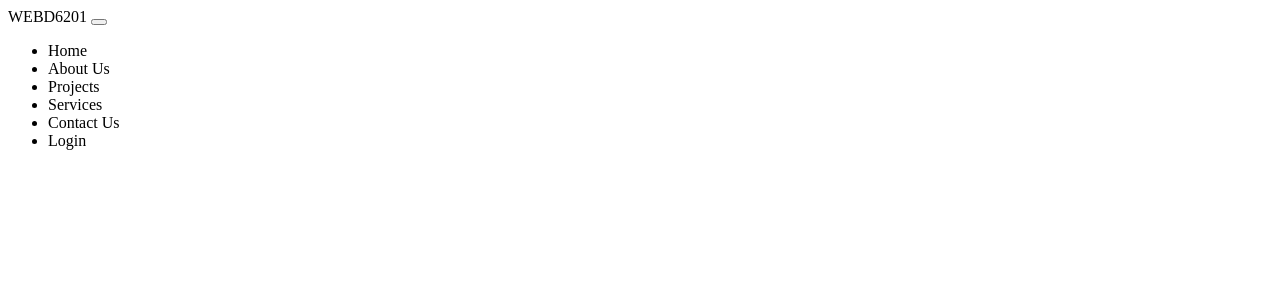
Repository: ahmedrizvi/WEBD6201-W2021-Lab3
Page: Views/components/header.html
These files come from the project's save history. The page is drawn as it stood at one moment and after the next save; the edit follows.
The browser window is 1280 px wide. The pictures show the whole page.

Above is the page before, as saved 2021-03-24 18:32:35.

### Views/components/header.html
<!-- Main Navigation -->
<nav class="navbar navbar-expand-lg navbar-dark bg-dark">
    <div class="container-fluid">
      <a class="navbar-brand" >WEBD6201</a>
      <button class="navbar-toggler" type="button" data-bs-toggle="collapse" data-bs-target="#navbarSupportedContent" aria-controls="navbarSupportedContent" aria-expanded="false" aria-label="Toggle navigation">
        <span class="navbar-toggler-icon"></span>
      </button>
      <div class="collapse navbar-collapse" id="navbarSupportedContent">
        <ul class="navbar-nav ms-auto mb-2 mb-lg-0">
          <li class="nav-item">
            <a id="home" class="nav-link" aria-current="page"><i class="fas fa-home fa-lg"></i> Home</a>
          </li>

          <li class="nav-item">
            <a id="about"  class="nav-link" aria-current="page"><i class="fas fa-info fa-lg"></i> About Us</a>
          </li>

          <li class="nav-item">
            <a id="projects"  class="nav-link" aria-current="page"><i class="fas fa-cog fa-lg"></i> Projects</a>
          </li>

          <li class="nav-item">
            <a id="services"  class="nav-link" aria-current="page"><i class="fas fa-map fa-lg"></i> Services</a>
          </li>

          <li class="nav-item">
            <a id="contact"  class="nav-link" aria-current="page"><i class="fas fa-phone fa-lg"></i> Contact Us</a>
          </li>

          <li id="loginListItem" class="nav-item">
            <a id="login" class="nav-link" aria-current="page"><i class="fas fa-sign-in-alt"></i> Login</a>
          </li>
        </ul>
      </div>
    </div>
  </nav>

After the next save:
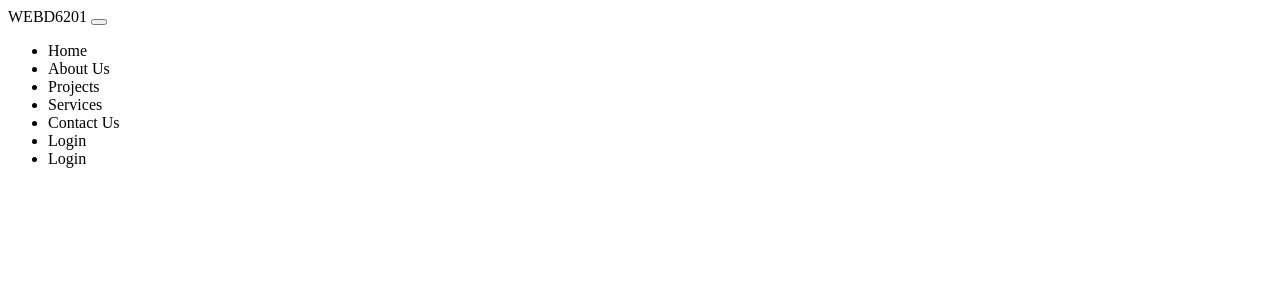
Saved 80 s later.
--- a/Views/components/header.html
+++ b/Views/components/header.html
@@ -29,6 +29,9 @@
 
           <li id="loginListItem" class="nav-item">
             <a id="login" class="nav-link" aria-current="page"><i class="fas fa-sign-in-alt"></i> Login</a>
+
+          <li id="loginListItem" class="nav-item">
+            <a id="login" class="nav-link" aria-current="page"><i class="fas fa-sign-in-alt"></i> Login</a>
           </li>
         </ul>
       </div>
